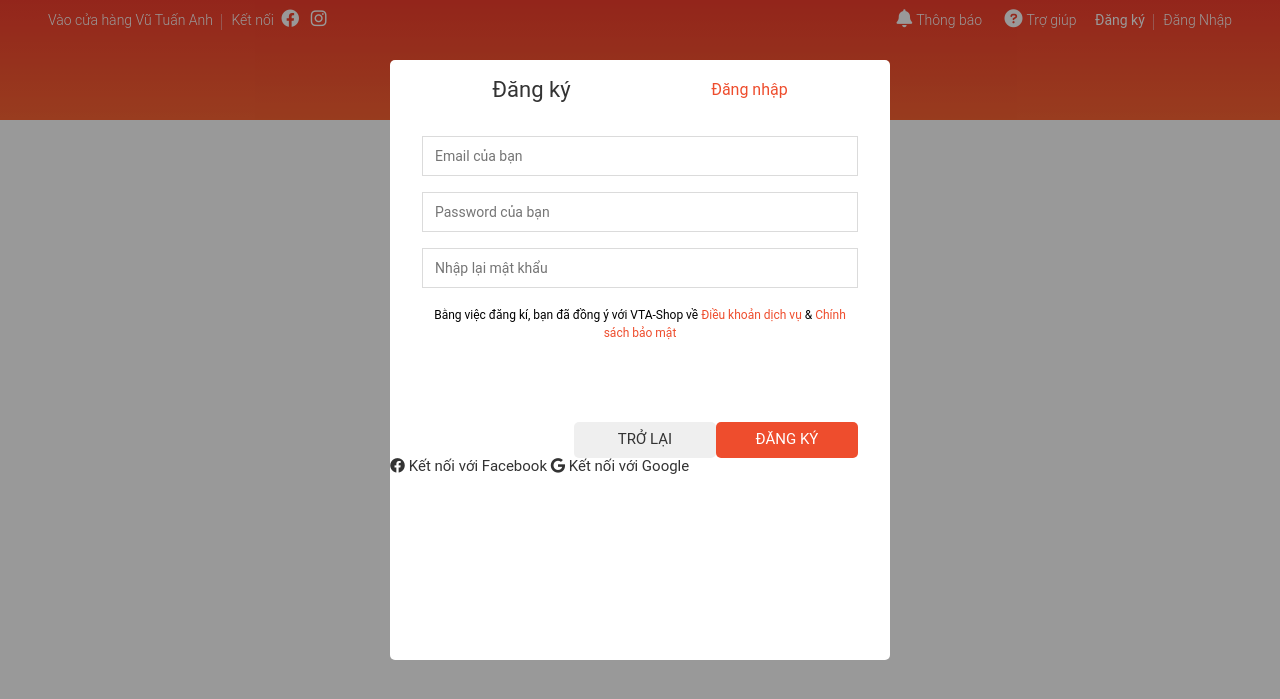
Repository: VuTuanAnh0949/Shopee
Page: index.html
These files come from the project's save history. The page is drawn as it stood at one moment and after the next save; the edit follows.
The browser window is 1280 px wide. The pictures show the whole page.

Above is the page before, as saved 2022-02-15 09:29:36.

### index.html
<!DOCTYPE html>
<html lang="en">

<head>
    <meta charset="UTF-8" />
    <meta http-equiv="X-UA-Compatible" content="IE=edge" />
    <meta name="viewport" content="width=device-width, initial-scale=1.0" />
    <title>Shopee</title>
    <link rel="stylesheet" href="https://cdnjs.cloudflare.com/ajax/libs/normalize/8.0.1/normalize.min.css" />
    <link rel="stylesheet" href="./assets/css/base.css" />
    <link rel="stylesheet" href="./assets/css/main.css" />
    <link rel="stylesheet" href="./assets/fonts/fontawesome-free-6.0.0-web/css/all.min.css">
    <link rel="stylesheet" href="https://fonts.googleapis.com/css?family-Roboto:300, 400, 500,78
0&display=swap&subset=vietnamese" rel="stylesheet" />

</head>

<body>
    <!-- Block Element Modifier -->
    <div class="app">
        <header class="header">
            <div class="grid">
                <nav class="header__navbar">
                    <ul class="header__navbar-list">
                        <li class="header__navbar-item header__navbar-item--has-qr header__navbar-item--separate">Vào cửa hàng Vũ Tuấn Anh
                            <div class="header__qr">
                                <img src="./assets/img/QR_code.png" alt="QR Code" class="header__qr-img">
                                <div class="header__qr-apps">
                                    <a href="" class="header__qr-link"><img src="./assets/img/Google_Play.png" alt="Google Play" class="header__qr-dowload-img">
                                    </a>
                                    <img src="./assets/img/App_store.png" alt="App Store" class="header__qr-dowload-img">
                                </div>
                            </div>
                        </li>
                        <li class="header__navbar-item">
                            <span class="header__navbar-title--no-pointer">Kết nối</span>
                            <a href="" class="header__navbar-icon-link"><i class="header__navbar-icon fa-brands fa-facebook"></i></a>
                            <a href="" class="header__navbar-icon-link"><i class="header__navbar-icon fa-brands fa-instagram"></i></a>
                        </li>
                    </ul>

                    <ul class="header__navbar-list">
                        <li class="header__navbar-item header__navbar-item--has-notification">
                            <a href="" class="header__navbar-item-link"><i class="header__navbar-icon fa-solid fa-bell"></i>Thông báo</a>
                            <div class="header__notification">
                                <header class="header__notification-header">
                                    <h3>Thông báo mới nhận</h3>
                                </header>
                                <ul class="header__notification-list">
                                    <li class="header__notification-item header__notification-viewed">
                                        <a href="" class="header__notification-link">
                                            <img src="https://cf.shopee.vn/file/a2344384834f0903b232953bf8e1d283_tn" alt="" class="header__notification-img">
                                            <div class="header__notification-info">
                                                <span class="header__notification-name">Bàn Phím cơ chính hãng K400-Đen</span>
                                                <span class="header__notification-descriotion">Bàn phím cơ máy tính gaming K550 Pro full Led 7 chế độ hiệu ứng là mẫu bàn phím phù hợp cho văn phòng và game thủ</span>
                                            </div>
                                        </a>
                                    </li>
                                    <li class="header__notification-item">
                                        <a href="" class="header__notification-link">
                                            <img src="https://cf.shopee.vn/file/fbd0d6cd59ae0c260cbdd8d2bdccbe06_tn" alt="" class="header__notification-img">
                                            <div class="header__notification-info">
                                                <span class="header__notification-name">Bàn phím cơ chính hãng K400-Trắng xanh 1</span>
                                                <span class="header__notification-descriotion">Bàn phím cơ máy tính gaming K550 Pro full Led 7 chế độ hiệu ứng là mẫu bàn phím phù hợp cho văn phòng và game thủ</span>
                                            </div>
                                        </a>
                                    </li>
                                    <li class="header__notification-item ">
                                        <a href="" class="header__notification-link">
                                            <img src="https://cf.shopee.vn/file/26989c24e549299dcfb324055082c553" alt="" class="header__notification-img">
                                            <div class="header__notification-info">
                                                <span class="header__notification-name">Bàn phím cơ chính hãng K400-Trắng xanh 2</span>
                                                <span class="header__notification-descriotion">>Bàn phím cơ máy tính gaming K550 Pro full Led 7 chế độ hiệu ứng là mẫu bàn phím phù hợp cho văn phòng và game thủ</span>
                                            </div>
                                        </a>
                                    </li>
                                </ul>
                                <div class="footer header__notification-footer">
                                    <a href="" class="header__notification-footer-btn">Xem tất cả</a>


                                </div>
                            </div>
                        </li>
                        <li class="header__navbar-item">
                            <a href="" class="header__navbar-item-link"><i class="header__navbar-icon fa-solid fa-circle-question"></i>Trợ giúp</a>
                        </li>
                        <li class="header__navbar-item header__navbar-item--strong header__navbar-item--separate">Đăng ký</li>
                        <li class="header__navbar-item header__navbar-ite--strong"> Đăng Nhập</li>
                    </ul>
                </nav>
            </div>
        </header>
        <div class="container">

        </div>
        <footer class="footer">

        </footer>
    </div>
    <!-- Modal layout -->
    <div class="modal">
        <div class="modal__overlay"></div>

        <div class="modal__body">

            <!-- Authen form -->
            <div class="auth-form">
                <div class="auth-form__container">
                    <div class="auth-form__container"></div>
                    <div class="auth-form__header">
                        <h3 class="auth-form__heading">Đăng ký</h3>
                        <span class="auth-form__switch-btn">Đăng nhập</span>
                    </div>
                    <div class="auth-form__form">
                        <div class="auth-form__group">
                            <input type="text" class="auth-form__input" placeholder="Email của bạn">
                        </div>
                        <div class="auth-form__group">
                            <input type="password" class="auth-form__input" placeholder="Password của bạn">
                        </div>
                        <div class="auth-form__group">
                            <input type="password" class="auth-form__input" placeholder="Nhập lại mật khẩu ">
                        </div>
                    </div>
                    <div class="auth-form__aside">
                        <p class="auth-form__policy-text">
                            Bằng việc đăng kí, bạn đã đồng ý với VTA-Shop về
                            <a href="" class="auth-form__text-link">Điều khoản dịch vụ</a> &
                            <a href="" class="auth-form__text-link">Chính sách bảo mật</a>
                        </p>
                    </div>
                    <div class="auth-form__controls">
                        <button class="btn">TRỞ LẠI</button>
                        <button class="btn btn--primary">ĐĂNG KÝ</button>
                    </div>
                </div>
                <div class="auth-form__socials">
                    <a href="" class="btn btn--with-icon">
                        <i class="fa-brands fa-facebook"></i> Kết nối với Facebook
                    </a>
                    <a href="" class="btn btn--with-icon">
                        <i class="fa-brands fa-google"></i> Kết nối với Google
                    </a>
                </div>
            </div>
        </div>
    </div>
</body>

</html>

### assets/css/base.css
:root {
  --primary-color:#EE4D2D;
  --white-color: #fff;
  --black-color: #000;
  --text-color: #333;
  --border-color:#dbdbdb;
}
* {
  box-sizing: inherit;
}
html {
  font-size: 62.5%;
  line-height: 1.6rem;
  font-family: "Roboto", sans-serif;
  box-sizing: border-box;
}
.grid {
  width: 1200px;
  max-width: 100%;
  margin: 0 auto;
}
.grid__full-width {
  width: 100%;
}
.grid__row {
  display: flex;
  flex-wrap: wrap;
}
/* Animation */
@keyframes fadeIn{
  from{
    opacity: 0;
  }to{
    opacity: 1;
  }
}
/* Modal */
.modal{
  position: fixed;
  top: 0;
  right: 0;
  bottom: 0;
  left: 0;
  display: flex;
}
.modal__overlay{
  position: absolute;
  width: 100%;
  height: 100%;
  background-color: rgba(0,0,0,0.4);
}
.modal__body{
  width: 500px;
  height: 600px;
  background-color: var(--white-color);
  border-radius: 5px;
  margin: auto;
  position: relative;
  z-index: 1;  /* để cho modal nổi lên */
}
/* Button style */
.btn{
  min-width: 142px;
  height: 36px;
  text-decoration: none;
  border:none ;
  border-radius: 5px;
  font-size: 1.5rem;
  padding:0;
  outline: none;
  cursor: pointer;
  color: var(--text-color);
}
.btn:hover{
  background-color: rgba(0,0,0,0.05);
}
/* .. dùng để css 1 element có 2 class */
.btn.btn--primary{
  color: var(--white-color);
  background-color: var(--primary-color);
  }
.btn.btn-disabled{
  color: #949494;
  cursor: default;
  background-color: #c3c3c3;
}

### assets/css/main.css
.header{
height: 120px;
background-image:linear-gradient(0, #fe6433, #f53e2d) ;
}
.header__navbar{
  display: flex;
  justify-content: space-between;
}
.header__navbar-list{
list-style: none;
padding-left: 0;
margin-top: 9px;
}
.header__navbar-item{
  margin: 0 8px;
  position: relative;
  min-height: 26px;
}
.header__navbar-item--has-qr:hover .header__qr{
  display: block;
}
.header__navbar-item--has-notification:hover .header__notification{
  display: block;
}
.header__navbar-item,
.header__navbar-item-link{
  display:inline-block;
  font-size: 1.4rem;
  color:var(--white-color);
  text-decoration: none;
  font-weight: 300;
}
.header__navbar-item,
.header__navbar-item-link,
.header__navbar-icon-link{
/*   display: flex; */
  align-items: center;
}
.header__qr::before{
  position: absolute;
  left: 0;
  top: -16px;
  width: 100%;
  height: 20px;
  content: "";
  display: block;

}
.header__navbar-item:hover,
.header__navbar-icon-link:hover,
.header__navbar-item-link:hover{
  cursor: pointer;
  color: rgba(255,255,255,0.7);
}
.header__navbar-item--strong{
  font-weight: 400;
}
.header__navbar-item--separate::after{
  content: "";
  display: block;
  position: absolute;
border-left: 1px solid #FB9086;
height: 16px;
right: -9px;
top: 37%;
transform: translateY(-50%);
}
.header__navbar-icon-link{
  color: var(--white-color);
  text-decoration: none;
}
.header__navbar-icon{
  font-size: 1.8rem;
  margin: 0 4px;
}
.header__navbar-title--no-pointer{
  cursor: text;
  color: var(--white-color);
  text-decoration: none;
}
/* Header QR code */
.header__qr{
  width: 180px;
background-color: var(--white-color);
position: absolute;
left: 0;
top: 100%;
padding: 8px;
border-radius: 5px;
display: none;
animation: fadeIn ease-in 0.3s;
}
.header__qr-img{
width: 100%;
}
.header__qr-apps{
display: flex;
justify-content: space-between;
}
.header__qr-link:nth-child(1){
  margin-left: 11px;
}
.header__qr-link:nth-child(2){
  margin-right: 15px;
}
.header__qr-dowload-img{
  height: 16px;
}
/* header__notification */
.header__notification{
position: absolute ;
top: 27px;
right: 0;
width: 404px;
background-color: var(--white-color);
border-radius: 5px;
border: 1px solid #D3D3D3;
cursor: default;
transform-origin:90% top;
animation:  headerNotificationGrowth ease-in 0.2s;
will-change: opacity, transform;
display: none;
}
.header__notification::before{
content: "";
border-width:20px 30px ;
border-style: solid;
/* Tạo một lớp giá */
border-color:transparent transparent var(--white-color) transparent;
position: absolute;
right: 6px;
top: -30px;
}
/* Giúp di chuột vào quả chuông cạnh nút thông báo không bị mất list thông báo */
.header__notification::after{
  content: "";
  display: block;
  position: absolute;
  height: 20px;
  width: 90px;
  top: -16px;
  right: 0;
 }
@keyframes headerNotificationGrowth{
  from{
    opacity: 0;
    transform: scale(0);
  }to{
    opacity: 1;
    transform: scale(1);
  }
}
.header__notification-header{
  height: 40px;
  background-color: var(--white-color);
  border-radius: 5px;
}
.header__notification-header h3{
  color: #999;
  margin: 0 0 0 12px;
  width: 400;
  font-size: 1.4rem;
  line-height: 40px;
  user-select: none;  /* không cho coppy */
}
.header__notification-list{
padding-left: 0;
}
.header__notification-item{
display: flex;

}
.header__notification-item:hover{
  background-color: #f7f7f7
}
.header__notification-viewed{
  background-color: rgba(238,75,43,0.08);

}
.header__notification-link{
  display: flex;
  width: 100%;
  padding: 12px;
  text-decoration: none;
}
.header__notification-img{
width: 48px;
object-fit: contain;
}
.header__notification-info{
margin-left: 12px;
}
.header__notification-name{
display: block;
font-size: 1.4rem;
color: var(--text-color);
font-weight: 400px;
line-height: 1.8rem;
}
.header__notification-descriotion{
display: block;
font-size: 1.2rem;
line-height: 1.6rem;
color: #765F6E;
margin-top: 4px;
}
.header__notification-footer{
 display: flex;
}
.header__notification-footer-btn{
  text-decoration: none;
  color:var(--text-color);
  width: 100%;
  padding: 8px 0;
  margin: auto;
  font-size: 1.4rem;
  font-weight: 400;
  text-align: center;
}
/* Authen modal */
.auth-form{
  width: 500px;
}
.auth-form__container{
  padding: 0 32px;
}
.auth-form__header{
  display: flex;
  align-items: center;
  justify-content: space-around;
}
.auth-form__heading{
  font-size: 2.2rem;
  font-weight:400;
  color: var(--text-color);
}
.auth-form__switch-btn{
  font-size: 1.6rem;
  font-weight:400;
  color: var(--primary-color);
  cursor: pointer;
}
.auth-form__form{
}
.auth-form__input{
  width: 100%;
  height: 40px;
  margin-top: 16px;
  padding: 0 12px;
  font-size: 1.4rem;
  border: 1px solid var(--border-color);
  outline: none;
}
/*Dí chuột vào ô input => ô input nháy chuột  */
.auth-form__input:focus{
border-color: #777;
}
.auth-form__aside{
  margin-top: 18px;
}
.auth-form__policy-text{
  font-size: 1.2rem;
  line-height: 1.8rem;
  text-align: center;
  padding: 0 3px;
}
.auth-form__text-link{
  color: var(--primary-color);
  text-decoration: none;
}
.auth-form__controls{
  margin-top: 80px;
  display: flex;
  justify-content: flex-end;
}
.auth-form__socials{

}

Loaded but not shown: assets/fonts/fontawesome-free-6.0.0-web/css/all.min.css (library)

After the next save:
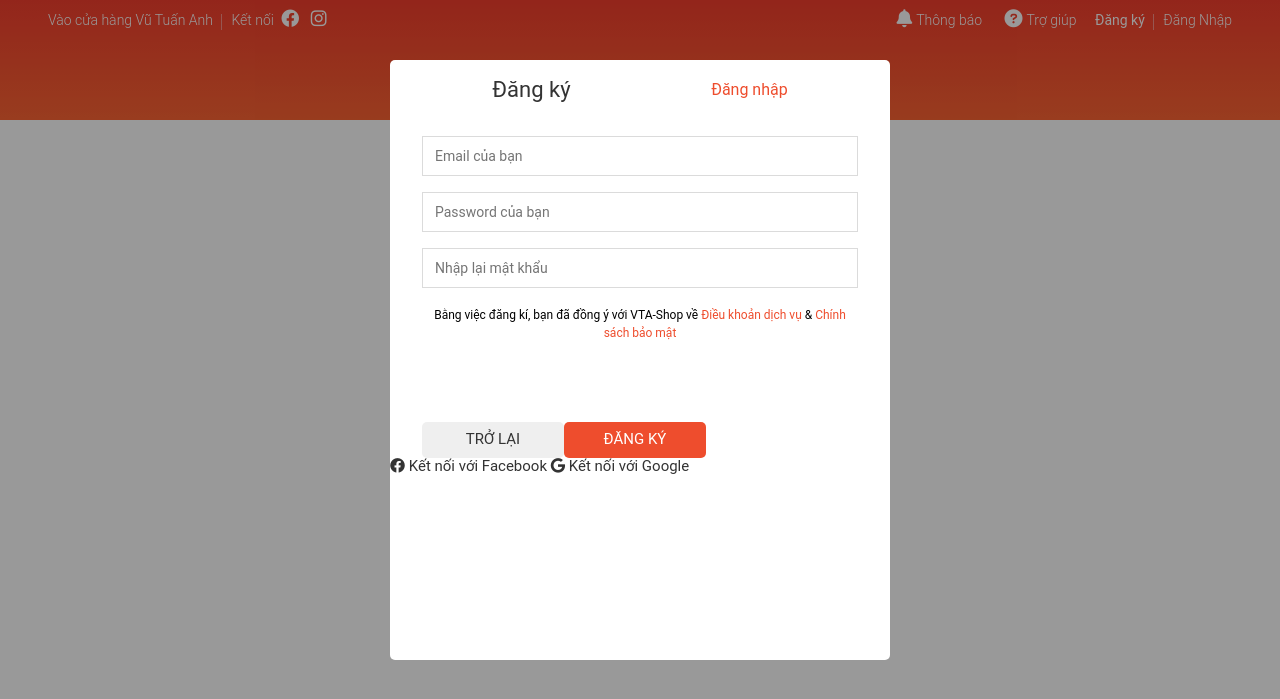
Saved 7 s later.
--- a/assets/css/main.css
+++ b/assets/css/main.css
@@ -271,7 +271,7 @@
 .auth-form__controls{
   margin-top: 80px;
   display: flex;
-  justify-content: flex-end;
+
 }
 .auth-form__socials{
 

After the 5 saves that followed:
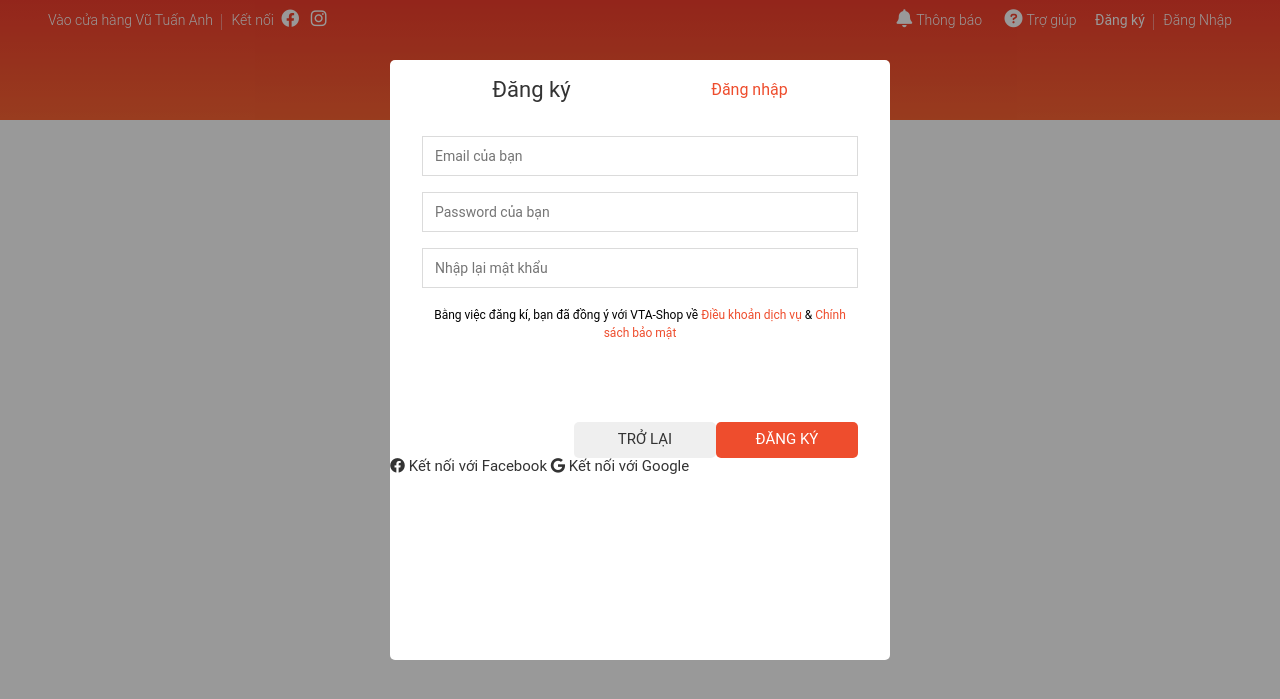
The 5 saves are shown as one change because they came seconds apart.
The last was saved 16 s later.
--- a/assets/css/main.css
+++ b/assets/css/main.css
@@ -271,7 +271,7 @@
 .auth-form__controls{
   margin-top: 80px;
   display: flex;
-
+  justify-content: flex-end;
 }
 .auth-form__socials{
 
